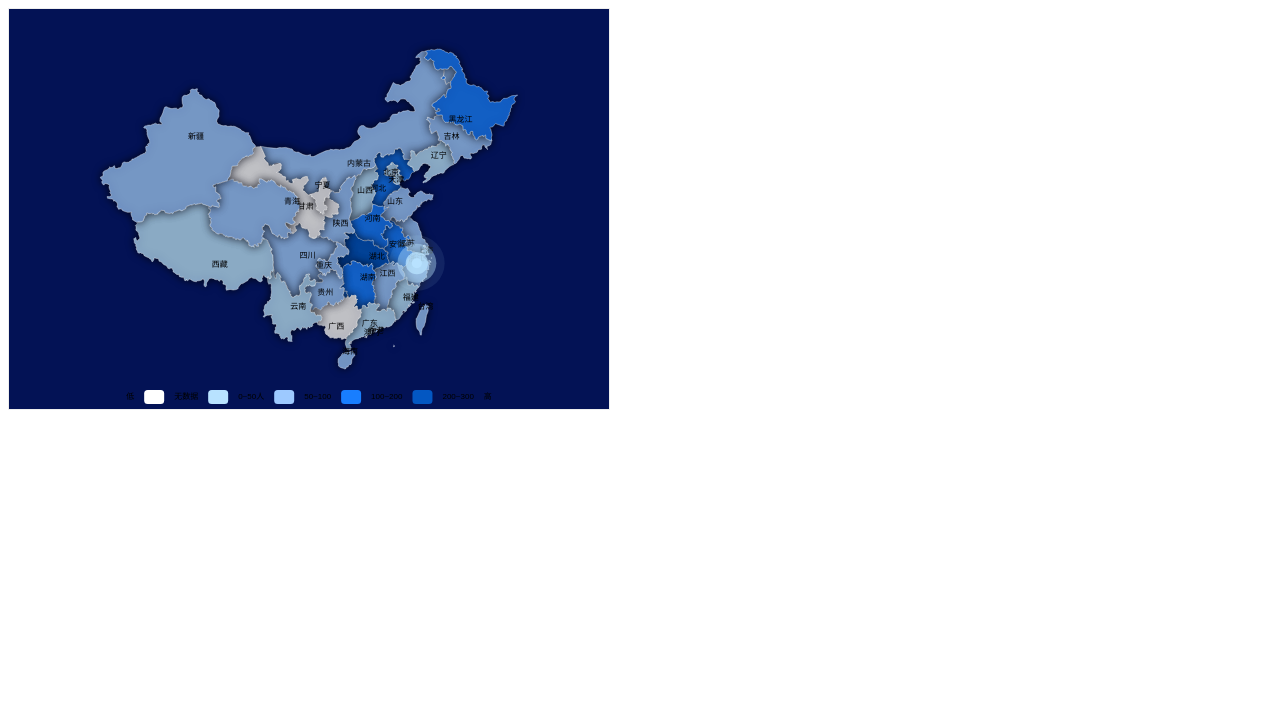
Repository: 572031690/echartssimple
Page: 21.地图常见效果_地图和散点图结合.html
These files come from the project's save history. The page is drawn as it stood at one moment and after the next save; the edit follows.
The browser window is 1280 px wide. The pictures show the whole page.

Above is the page before, as saved 2021-08-11 14:23:12.

### 21.地图常见效果_地图和散点图结合.html
<!DOCTYPE html>
<html lang="en">

<head>
  <meta charset="UTF-8">
  <meta name="viewport" content="width=device-width, initial-scale=1.0">
  <meta http-equiv="X-UA-Compatible" content="ie=edge">
  <title>Document</title>
  <script src="lib/echarts.min.js"></script>
  <script src="lib/jquery.min.js"></script>
</head>

<body>
  <div style="width: 600px;height:400px;background-color:#031255;border: 1px solid #eee;"></div>

  <script>
    //1. 给series下增加一个新的对象
    //2. 准备数据散点数据  , 配置给series下的另外一个对象
    //3. 配置series下的新对象的type值为effectScatter
    //4. 指明散点图的坐标系统为geo
    //5. 调整涟漪动画效果
    var airData = [
      { name: '北京', value: 39.92,count: 35 },
      { name: '天津', value: 39.13,count: 35 },
      { name: '上海', value: 31.22,count: 35 },
      { name: '重庆', value: 66,count: 35 },
      { name: '河北', value: 147,count: 35 },
      { name: '河南', value: 113,count: 35 },
      { name: '云南', value: 25.04,count: 35 },
      { name: '辽宁', value: 50,count: 35 },
      { name: '黑龙江', value: 114,count: 35 },
      { name: '湖南', value: 175,count: 35 },
      { name: '安徽', value: 117,count: 35 },
      { name: '山东', value: 92,count: 35 },
      { name: '新疆', value: 84,count: 35 },
      { name: '江苏', value: 67,count: 35 },
      { name: '浙江', value: 84,count: 35 },
      { name: '江西', value: 96,count: 35 },
      { name: '湖北', value: 273,count: 35 },
      { name: '广西', value: 0,count: 35 },
      { name: '甘肃', value: 0,count: 35 },
      { name: '山西', value: 39,count: 35 },
      { name: '内蒙古', value: 58,count: 35 },
      { name: '陕西', value: 61,count: 35 },
      { name: '吉林', value: 51,count: 35 },
      { name: '福建', value: 29,count: 35 },
      { name: '贵州', value: 71,count: 35 },
      { name: '广东', value: 38,count: 35 },
      { name: '青海', value: 57,count: 35 },
      { name: '西藏', value: 24 ,count: 35},
      { name: '四川', value: 58,count: 35 },
      { name: '宁夏', value: 0 ,count: 35},
      { name: '海南', value: 54,count: 35 },
      { name: '台湾', value: 88,count: 35 },
      { name: '香港', value: 66,count: 35 },
      { name: '澳门', value: 77,count: 35 },
      { name: '南海诸岛', value: 55 ,count: 35}
    ]
    var scatterData = [
      {
        value: [120.213042, 29.86119]
      }
    ]
    var mCharts = echarts.init(document.querySelector("div"))
    $.get('json/map/china.json', function (ret) {
      // ret 就是中国的各个省份的矢量地图数据
      console.log(ret)
      echarts.registerMap('chinaMap', ret)
      var option = {
        tooltip: {//鼠标一上去的信息框
          trigger: 'item'
        },
        geo: {
          type: 'map',
          map: 'chinaMap', // chinaMap需要和registerMap中的第一个参数保持一致
          roam: true, // 设置允许缩放以及拖动的效果
          label: {
            show: true, // 展示标签
            textStyle: {
              fontSize: 8,
              textWeight:900
            }
          },
          itemStyle: {
            normal: {
              areaColor: '#416cbb',//地图区域的颜色。
              borderColor: '#fff',//图形的描边颜色。支持的颜色格式同 color，不支持回调函数。
              shadowColor: 'black',//阴影颜色。#41587f
              shadowBlur: 8,//图形阴影的模糊大小。
              opacity: 0.75//图形透明度
            },
            emphasis: {
              areaColor: '#fdd145'
            }
          }
        },
        series: [
          {
            data: airData,
            geoIndex: 0, // 将空气质量的数据和第0个geo配置关联在一起
            type: 'map',
            tooltip: {
              textStyle: {
                fontSize:8,
              },
              // 利用formatter来自定义tooltip展示的数据
              formatter: function (params,ticket,callback) {
                if (params.value) {
                  return params.name+'<br/>成交量：' + params.value + '单<br/>' + '平均标签价格：' + airData[params.dataIndex].count + '元<br/>'
                } else {
                    callback()
                }
              }
            }
          },
          {
            data: scatterData, // 配置散点的坐标数据
            type: 'effectScatter',
            coordinateSystem: 'geo', // 指明散点使用的坐标系统  geo的坐标系统
            rippleEffect: {
              scale: 6 // 设置涟漪动画的缩放比例
            },
            tooltip: {
              textStyle: {
                fontSize:8,
              },
              // 利用formatter来自定义tooltip展示的数据
              formatter: function (params,ticket,callback) {
                console.log(params);
                return '公司总部：杭州钢材科技公司'
              }
            }
          }
        ],
        visualMap: {
          // type: 'continuous',
          type: 'piecewise',
          min: 0,
          max: 300,
          text: ['高', '低'],//两端的文本，如 ['High', 'Low']
          showLabel:true,           //是否显示每项的文本标签
          orient:"horizontal",     //图例排列方向 水平horizontal 垂直vertical
          left:"center",
          indicatorStyle: {
            borderColor:'red',
            borderWidth: 1,
          },
          textStyle: {//设置文字颜色（Demo左下组件）
            color: 'black',
            fontSize:8
          },
          // inRange: {
          //   color: ['#B8E2FF','#9DC9FF','#6CADFF','#187EFF', '#0357C2'] // 控制颜色渐变的范围
          // },

          pieces: [
          // 自定义『分段式视觉映射组件（visualMapPiecewise）』的每一段的范围，以及每一段的文字，以及每一段的特别的样式
            { gt: 200, lte: 300, label: "200~300", color: "#0357C2" }, // (500, 900]
            { gt: 100, lte: 200, label: "100~200", color: "#187EFF" }, // (310, 500]
            { gt: 50, lte: 100, label: "50~100", color: "#9DC9FF" }, // (200, 300]
            { gt: 0, lte: 50, label: "0~50人", color: "#B8E2FF" }, // (10, 200]
            { value:0, label: "无数据", color: "#fff" } // [0]
          ],

          // calculable: true // 出现滑块
        }
      }
      mCharts.setOption(option)
    })

  </script>
</body>

</html>

Loaded but not shown: lib/echarts.min.js (library); lib/jquery.min.js (library); json/map/china.json (common file)

After the next save:
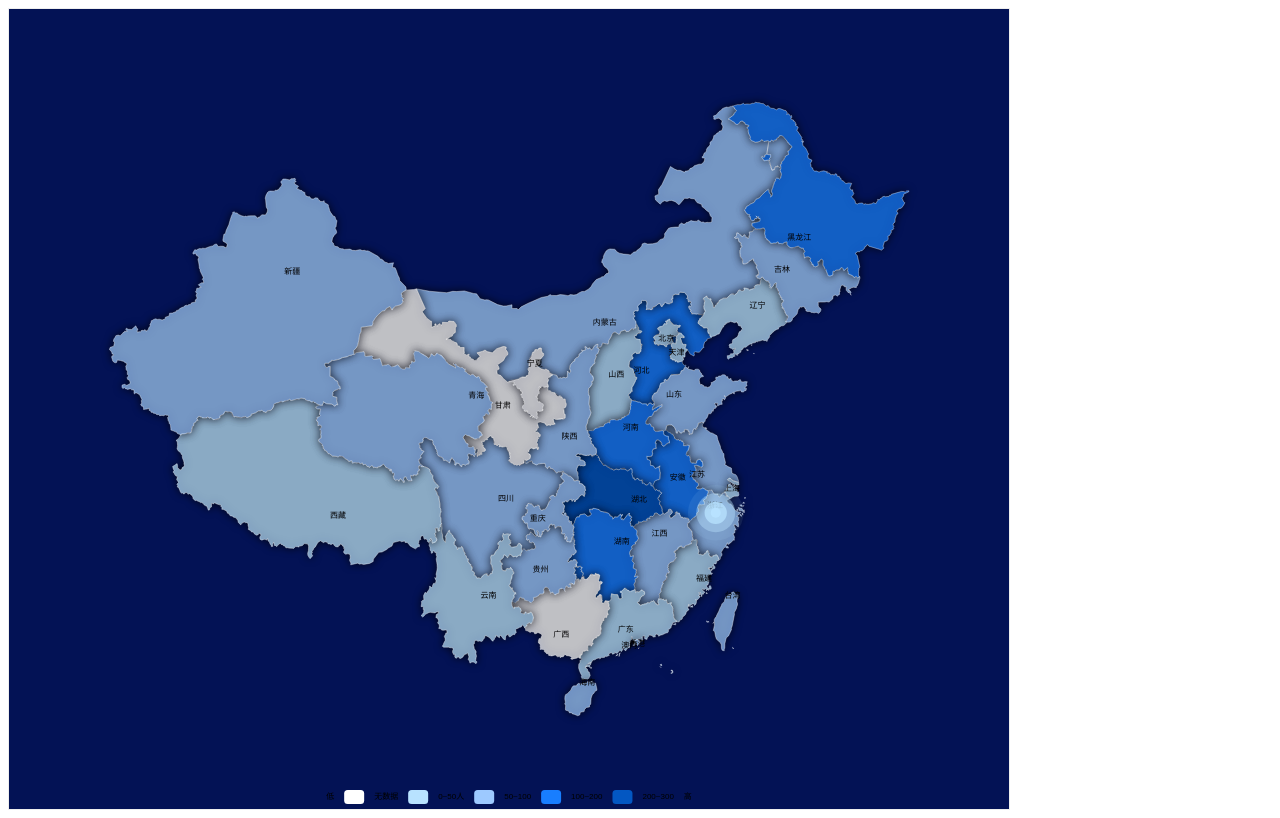
Saved 50 s later.
--- a/21.地图常见效果_地图和散点图结合.html
+++ b/21.地图常见效果_地图和散点图结合.html
@@ -11,7 +11,7 @@
 </head>
 
 <body>
-  <div style="width: 600px;height:400px;background-color:#031255;border: 1px solid #eee;"></div>
+  <div style="width: 1000px;height:800px;background-color:#031255;border: 1px solid #eee;"></div>
 
   <script>
     //1. 给series下增加一个新的对象
